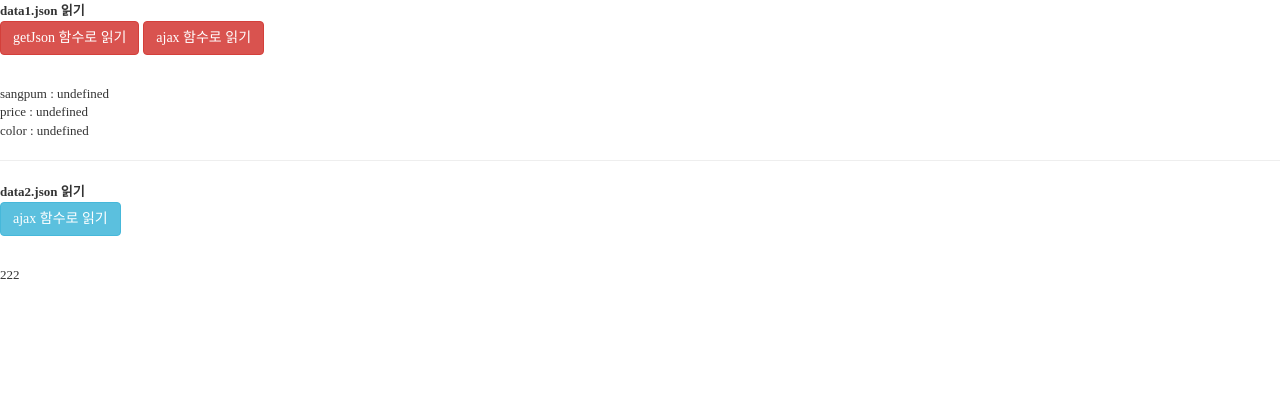
Repository: Juheekim1207/Javawork
Page: WebProjectEx1/src/main/webapp/day0419/Ex1ReadJson.html
The author's editor kept a copy of each file at every save. The page is drawn from the files as they stood at one save, then again after the next save.
The browser window is 1280 px wide. The pictures show the whole page.
After loading, the first visible `#btn3` was clicked once.
Some web fonts or font styles are not loaded; a fallback is used.

Above is the page before, as saved 2022-04-19 05:10:47.

After the next save:
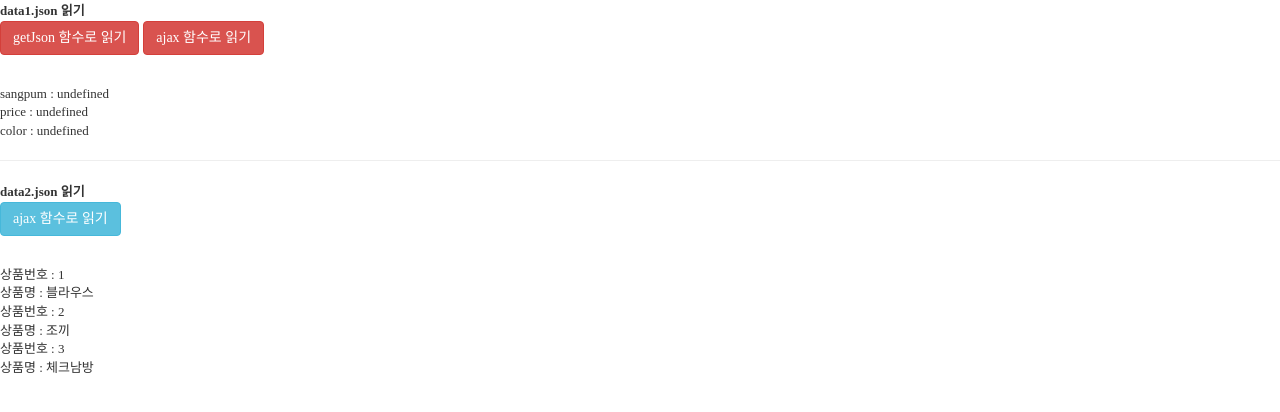
Saved 28 s later.
--- a/WebProjectEx1/src/main/webapp/day0419/Ex1ReadJson.html
+++ b/WebProjectEx1/src/main/webapp/day0419/Ex1ReadJson.html
@@ -49,6 +49,8 @@
 						s += "상품번호 : " + (i+1) + "<br>";
 						s += "상품명 : " + elt.sangpum + "<br>";
 						s += "</div>";
+
+						$("#out2").html(s);
 					})
 
 					var s = "sangpum : " + data.sangpum + "<br>";
